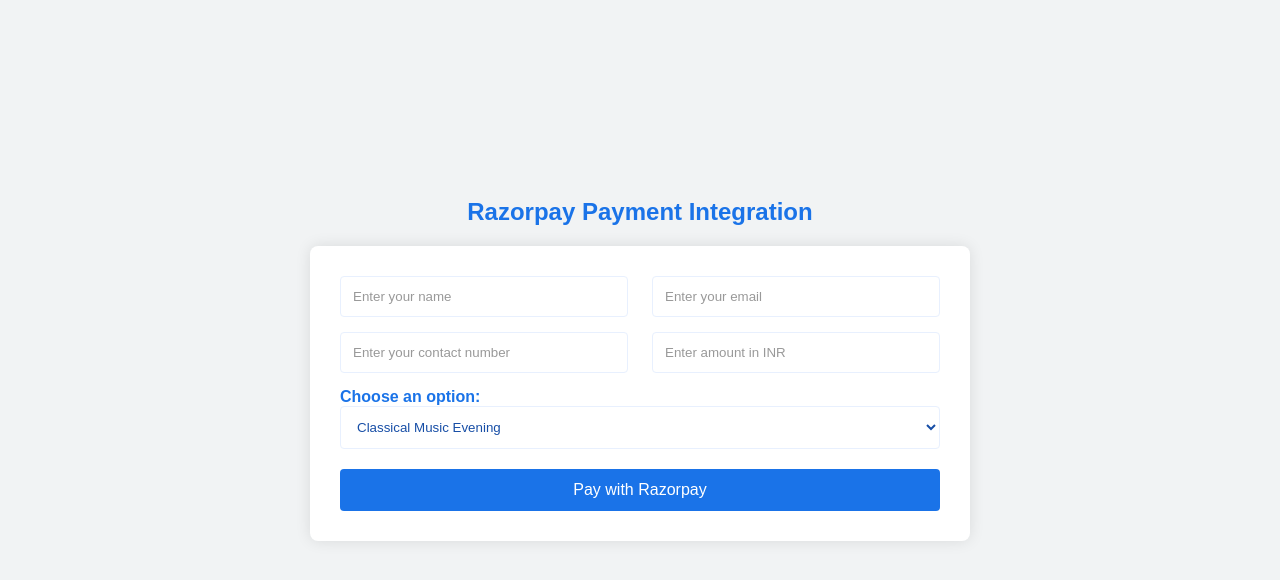
Repository: SharonSebastian32/razorpaypaymentgateway_implementation
Page: bookEventpage.html
The author's editor kept a copy of each file at every save. The page is drawn from the files as they stood at one save, then again after the next save.
The browser window is 1280 px wide. The pictures show the whole page.

Above is the page before, as saved 2024-08-09 07:11:17.

After the next save:
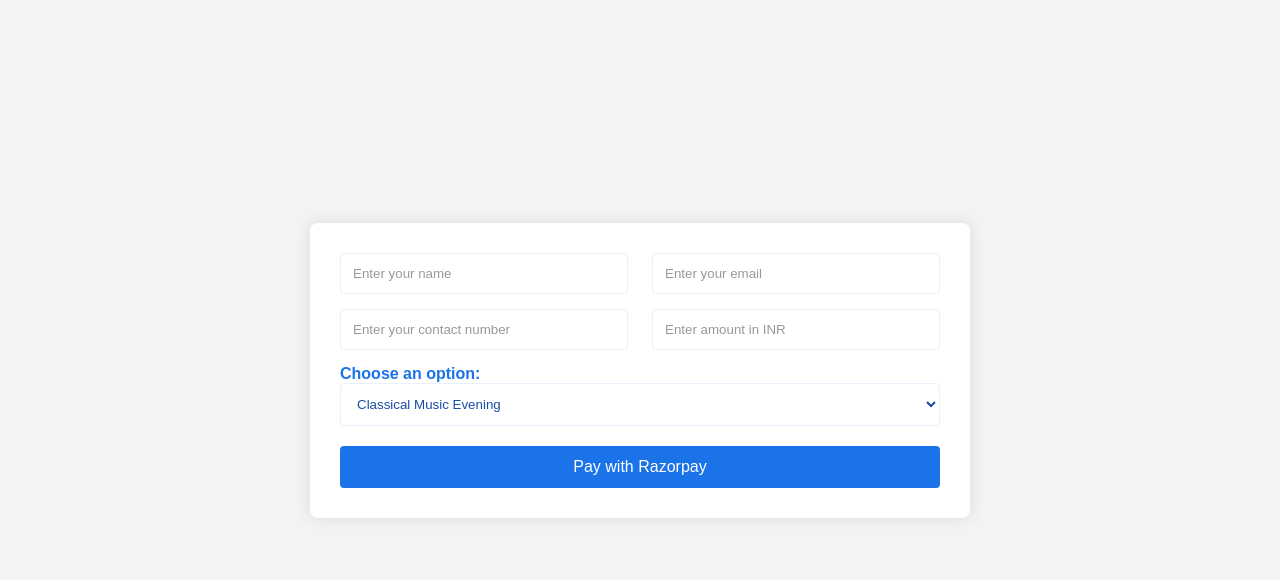
Saved 14 s later.
--- a/bookEventpage.html
+++ b/bookEventpage.html
@@ -97,7 +97,7 @@
   </head>
   <body>
     <div>
-      <h2>Razorpay Payment Integration</h2>
+      <h2></h2>
       <form id="paymentForm">
         <div class="form-row">
           <div class="form-group">

After the save that followed:
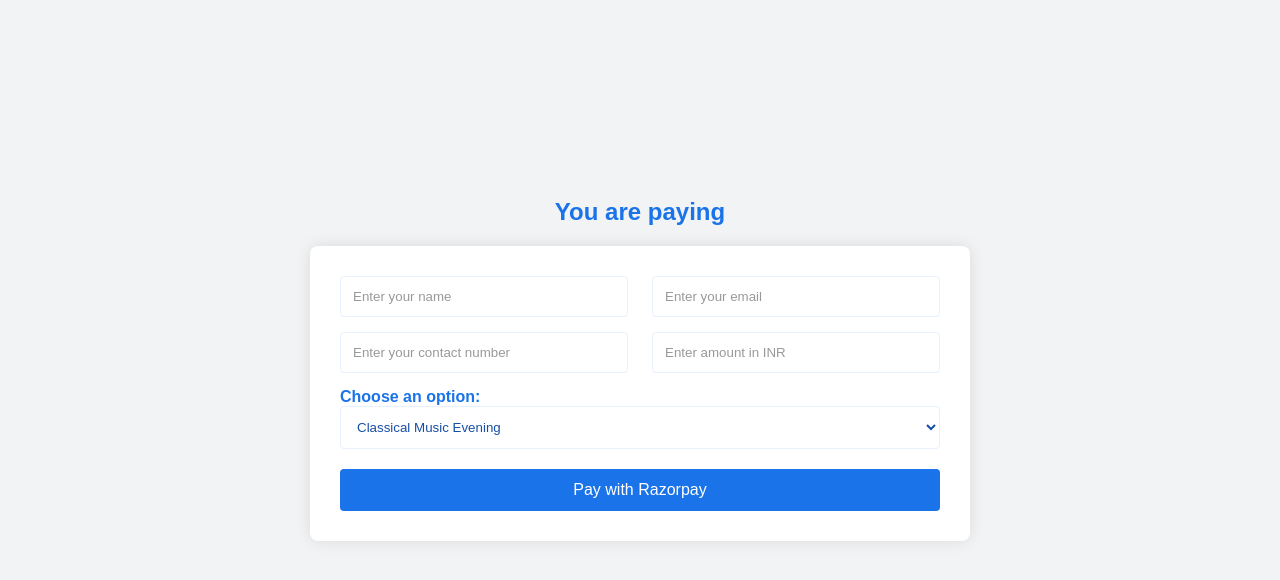
Saved 10 s later.
--- a/bookEventpage.html
+++ b/bookEventpage.html
@@ -97,7 +97,7 @@
   </head>
   <body>
     <div>
-      <h2></h2>
+      <h2>You are paying </h2>
       <form id="paymentForm">
         <div class="form-row">
           <div class="form-group">
